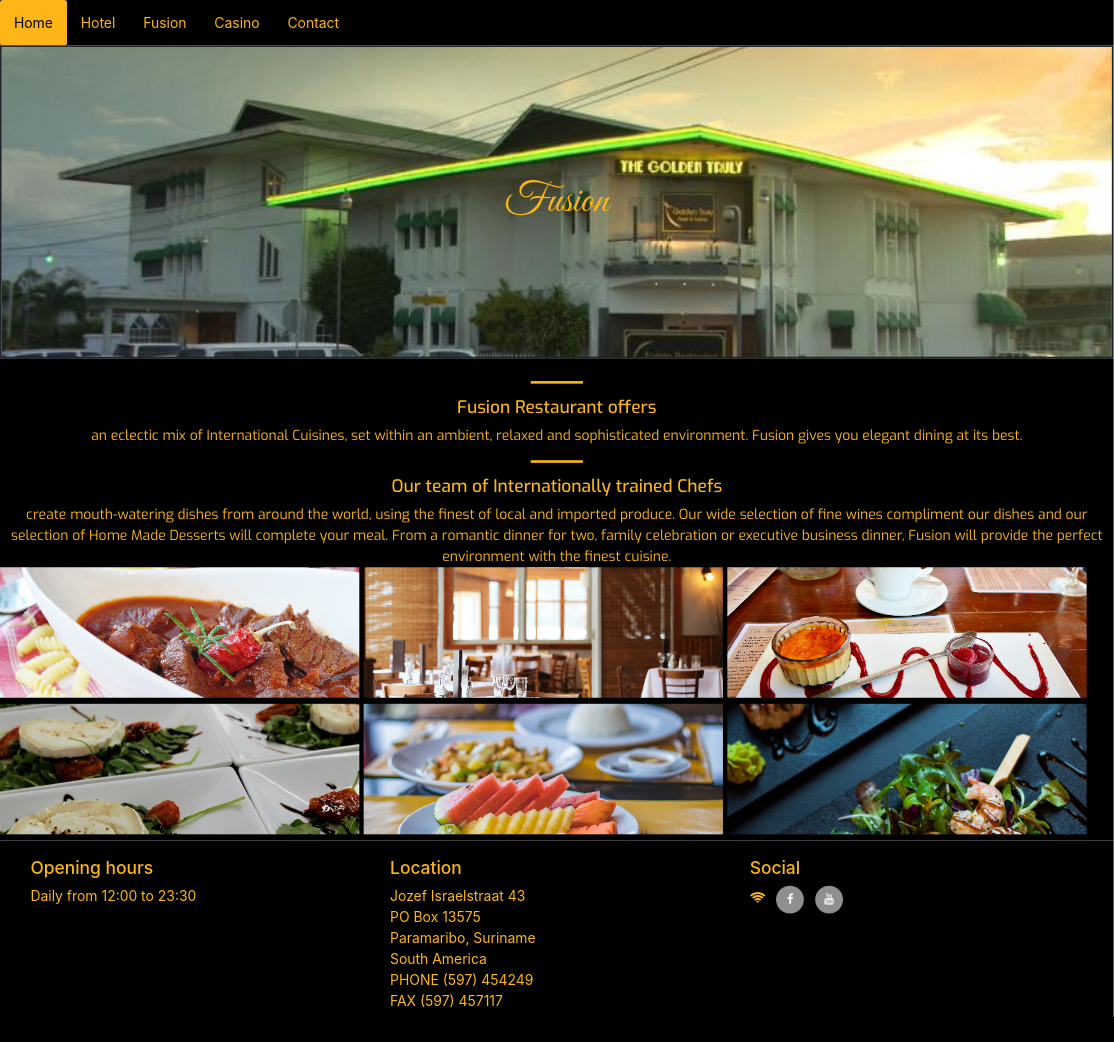
Repository: Code-Institute-Submissions/anthonycaf-Milestone1
Page: fusion.html
The author's editor kept a record of every edit. The page is drawn from the files as they stood at one moment, then again after the next edit.
The browser window is 1280 px wide. The pictures show the whole page, at 87% of full size.

Above is the page before.

After the next edit:
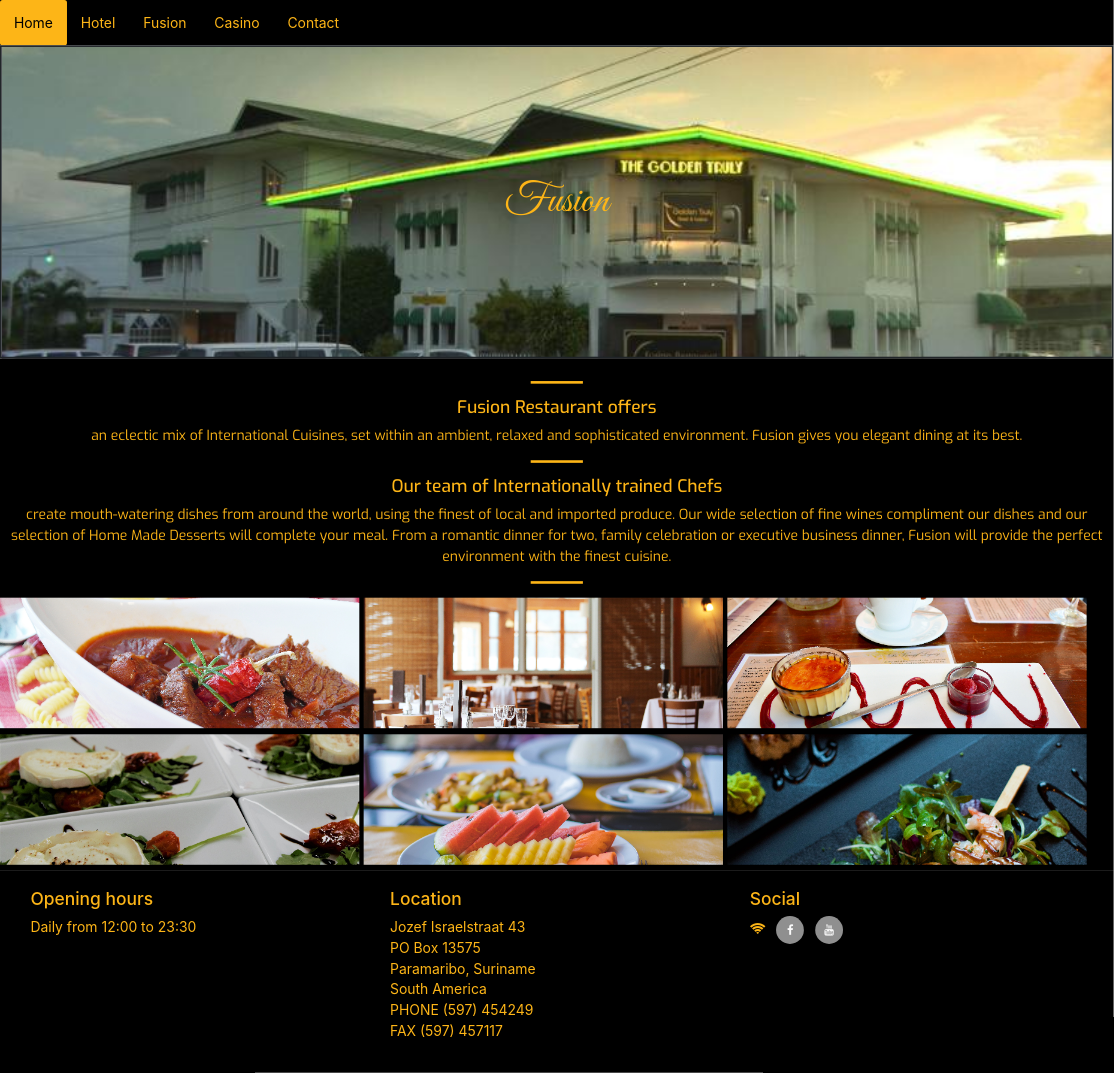
The edit:
--- a/fusion.html
+++ b/fusion.html
@@ -40,6 +40,7 @@
      will complete your meal. From a romantic dinner for two, family celebration
      or executive business dinner,
      Fusion will provide the perfect environment with the finest cuisine.
+      <hr class="block-divider">
  </section>
  <section class="images">
    <div class="bg-food col-4 bg-food-img1 ">
